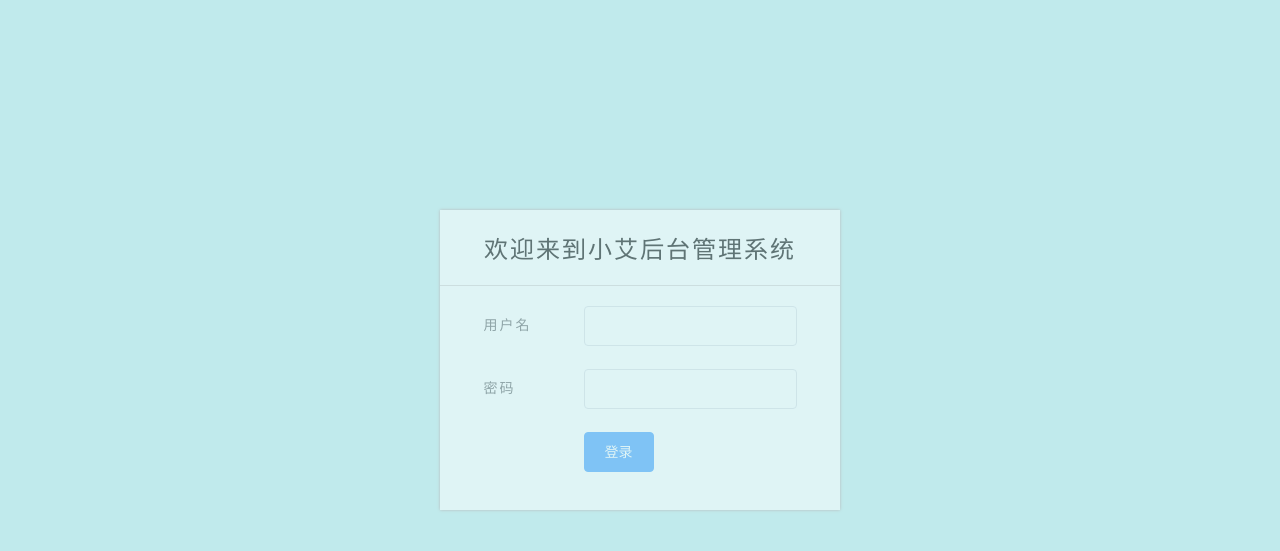
Repository: noob-injoker/router-slots-cw-ee
Page: /Login
An editor plug-in stored every save of this project. The page is shown before and after the next save, followed by the edit.
The browser window is 1280 px wide. The pictures show the whole page.
The project was rebuilt for these pictures with package versions that can differ from the ones it lists, and the page was loaded fresh each time. Also part of the build but not shown: vue.config.js, src/views/Home.vue, src/views/Layout.vue.

Above is the page before, as saved 2020-08-29 19:38:45.

After the next save:
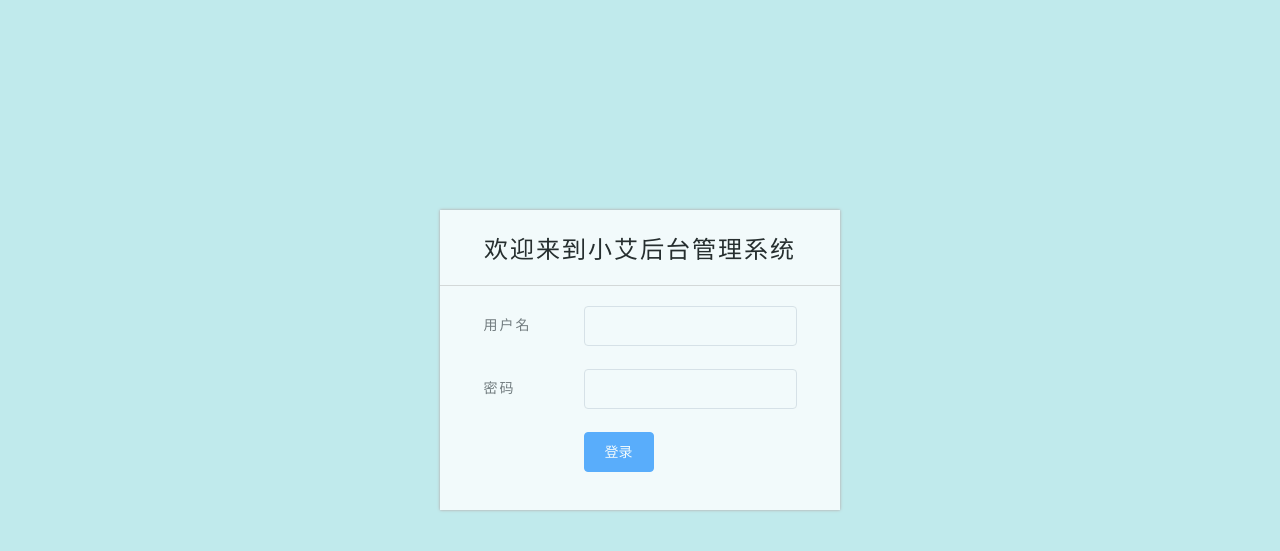
Saved 7 s later.
--- a/src/views/Login.vue
+++ b/src/views/Login.vue
@@ -150,7 +150,7 @@
   display: flex;
   flex-direction: column;
   align-items: center;
-  opacity: 0.5;
+  opacity: 0.8;
 
 }
 </style>

After the save that followed:
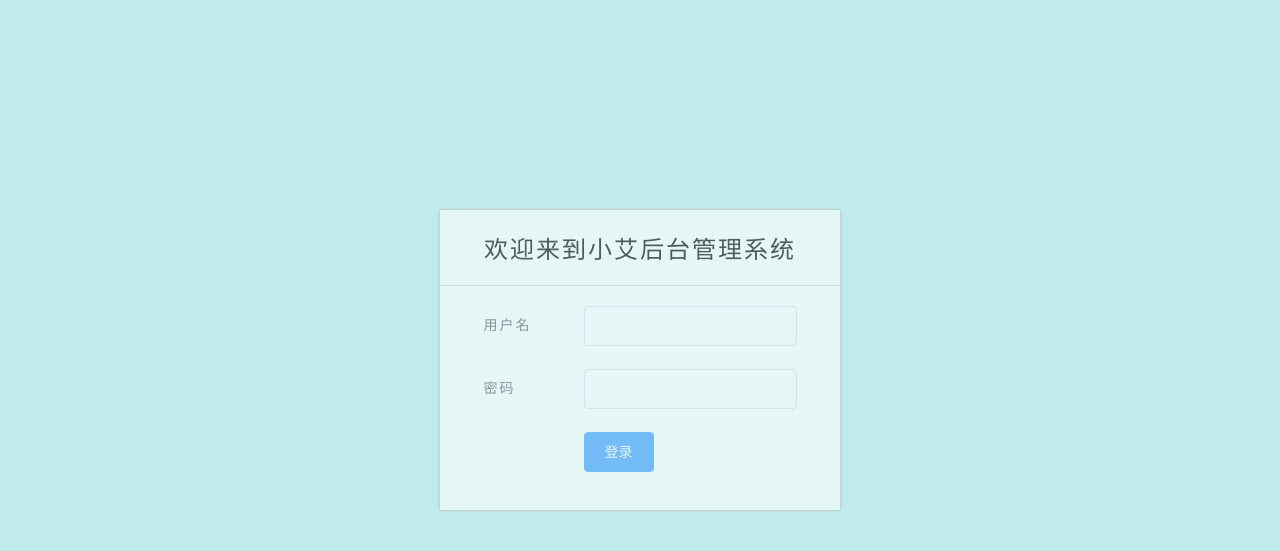
Saved 6 s later.
--- a/src/views/Login.vue
+++ b/src/views/Login.vue
@@ -150,7 +150,7 @@
   display: flex;
   flex-direction: column;
   align-items: center;
-  opacity: 0.8;
+  opacity: 0.6;
 
 }
 </style>
